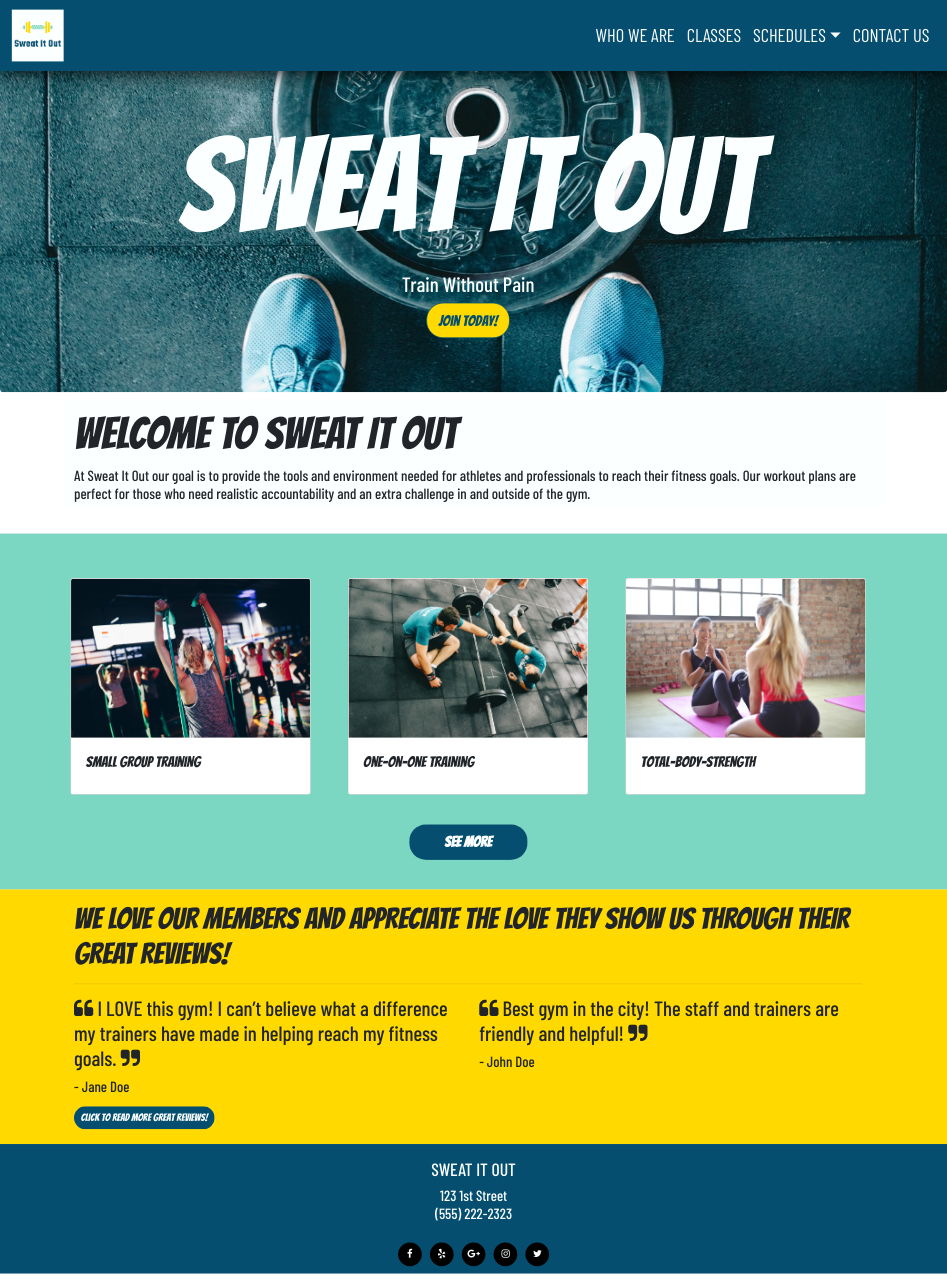
Repository: amybru/sweatitout
Page: index.html
The author's editor kept a record of every edit. The page is drawn from the files as they stood at one moment, then again after the next edit.
The browser window is 1280 px wide. The pictures show the whole page, at 74% of full size.
Some web fonts or font styles are not loaded; a fallback is used. Some web libraries are served in a nearby version.

Above is the page before.

### index.html
<!DOCTYPE html>
<html lang="en">
   <head>
      <meta charset="utf-8">
      <meta name="viewport" content="width=device-width, initial-scale=1.0">
      <link rel="stylesheet" href="https://maxcdn.bootstrapcdn.com/bootstrap/4.2.1/css/bootstrap.min.css" type="text/css" />
      <link rel="stylesheet" href="https://maxcdn.bootstrapcdn.com/font-awesome/4.7.0/css/font-awesome.min.css" type="text/css" />
      <link href="https://fonts.googleapis.com/css?family=Bangers|Barlow+Condensed:200,300,400,500,700&display=swap" rel="stylesheet">
      <link rel="stylesheet" type="text/css" href="css/style.css">
      <title>Gym</title>
   </head>
   <body>

       <!--Navbar -->
      <header>
         <nav class="navbar navbar-expand-lg navbar-default bg-default fixed-top">
           <a class="navbar-brand" href="index.html">
            <img src="./img/logo.png" width="70" height="70" alt="logo">
            </a>
            <button class="navbar-toggler" type="button" data-toggle="collapse" data-target="#navbarNavDropdown" aria-controls="navbarNavDropdown" aria-expanded="false" aria-label="Toggle navigation">
            <span class="navbar-toggler-icon"></span>
            </button>
            <div class="collapse navbar-collapse" id="navbarNavDropdown">
               <ul class="navbar-nav ml-auto">
                  <li class="nav-item">
                     <a class="nav-link uppercase" href="about.html">Who We Are</a>
                  </li>
                  <li class="nav-item">
                     <a class="nav-link uppercase" href="classes.html">Classes</a>
                  </li>
                  <li class="nav-item dropdown d-none d-lg-block">
                     <a class="nav-link dropdown-toggle uppercase" href="#" id="navbarDropdownMenuLink" role="button" data-toggle="dropdown" aria-haspopup="true" aria-expanded="false">Schedules</a>
                     <div class="dropdown-menu" aria-labelledby="navbarDropdownMenuLink">
                        <a class="dropdown-item uppercase" href="./img/2018schedule.pdf" target="_blank">2018 Schedule</a>
                        <a class="dropdown-item uppercase" href="./img/2019schedule.pdf" target="_blank">2019 Schedule</a>
                        <a class="dropdown-item uppercase" href="./img/2019schedule.pdf" target="_blank">2020 Schedule</a>
                     </div>
                  </li>
                  <li class="nav-item">
                     <a class="nav-link uppercase" href="contact.html">Contact Us</a>
                  </li>
               </ul>
            </div>
         </nav>
      </header>

      <!--Jumbotron main page -->
      <section class="jumbotron" id="landing-view">
         <div class="row">
            <div class="col-12">
               <h1 class="gym-name">Sweat It Out</h1>
               <h3>Train Without Pain</h3>
               <p><button class="btn btn-lg btn-success landingbutton" data-toggle="modal" data-target="#signUpModal" data-whatever="@gymname">Join Today!</button></p>
            </div>
         </div>
      </section>

      <!--Opening Comments-->
      <section class="about-landing-page">
         <div class="container">
            <div class="col-12 bg-color-about-landing section-column block-divider">
               <div class="row">
                  <div class="col">
                     <h3 class="section-heading uppercase">Welcome to Sweat It Out</h3>
                  </div>
               </div>
               <div class="row">
                  <div class="col-12">
                     <h5>At Sweat It Out our goal is to provide the tools and environment needed for athletes and professionals to reach their fitness goals. Our workout plans are perfect for those who need realistic accountability and an extra challenge
                        in and outside of the gym.
                     </h5>
                  </div>
               </div>
            </div>
         </div>
      </section>

    <!--A few services offered section -->
      <section class="services-landing-page bg-color-services-landing block-divider" id="gallery">
         <div class="container">
            <div class="row">
               <div class="col-12 col-lg-4">
                  <div class="card card-main">
                     <img src="img/gymthree.jpg" class="card-img-top" alt="Small Group Training">
                     <div class="card-body">
                        <h5 class="card-title">Small Group Training</h5>
                     </div>
                  </div>
               </div>
               <div class="col-12 col-lg-4">
                  <div class="card card-main">
                     <img src="img/gymtwo.jpg" class="card-img-top" alt="One-on-One Training">
                     <div class="card-body">
                        <h5 class="card-title">One-on-One Training</h5>
                     </div>
                  </div>
               </div>
               <div class="col-12 col-lg-4">
                  <div class="card card-main">
                     <img src="img/gymone.jpeg" class="card-img-top" alt="Total-Body-Strength">
                     <div class="card-body">
                        <h5 class="card-title">Total-Body-Strength</h5>
                     </div>
                  </div>
               </div>
               <a href="classes.html" class="btn btn-lg card-button">See More</a>
            </div>
         </div>
      </section>

      <!--Reviews section -->
      <section class="review">
      <div class="container block-divider">
         <div class="container review-container content-container">
               <div class="row">
                  <div class="col-12 page-header">
                     <h2 class="text-uppercase" id="reviews">We love our members and appreciate the love they show us through their great reviews!</h2>
                     <hr class="block-divider block-divider-short">
                  </div>
               </div>
               <div class="row">
                  <div class="col-12 col-md-6">
                     <div class="media">
                        <div class="d-none d-sm-block">
                           <i class="fas fa-splotch"></i>
                        </div>
                        <div class="media-body">
                           <blockquote class="blockquote">
                              <h3><i class="fa fa-quote-left"></i> I LOVE this gym! I can’t believe what a difference my trainers have made in helping reach my fitness goals. <i class="fa fa-quote-right"></i></h3>
                              <h5>- Jane Doe</h5>
                           </blockquote>
                        </div>
                     </div>
                  </div>
                  <div class="col-12 col-md-6">
                     <div class="media">
                        <div class="d-none d-sm-block">
                           <i class="fas fa-splotch"></i>
                        </div>
                        <div class="media-body">
                           <blockquote class="blockquote">
                              <h3><i class="fa fa-quote-left"></i> Best gym in the city! The staff and trainers are friendly and helpful! <i class="fa fa-quote-right"></i></h3>
                              <h5>- John Doe</h5>
                           </blockquote>
                        </div>
                     </div>
                  </div>
                  <div class="col">
                     <a href="https://www.yelp.com" class="btn btn-sm reviewb">Click to read more great reviews!</a>
                  </div>
               </div>
         </div>
      </div>
      </section>

      <!-- Modal -->
      <div class="modal" tabindex="-1" role="dialog" id="signUpModal">
         <div class="modal-dialog" role="document">
            <div class="modal-content">
               <div class="modal-header">
                  <h5 class="modal-title uppercase">Join Today!</h5>
                  <button type="button" class="close" data-dismiss="modal" aria-label="Close"></button>
               </div>
               <div class="modal-body">
                  <form>
                     <div class="form-group uppercase">
                        <label for="InputName">Your Name</label>
                        <input type="text" class="form-control" id="InputName">
                     </div>
                     <div class="form-group uppercase">
                        <label for="message-text" class="col-form-label">Message:</label>
                        <textarea class="form-control" id="message-text"></textarea>
                     </div>
                     <div class="form-group uppercase">
                        <label for="exampleInputEmail1">Email address</label>
                        <input type="email" class="form-control" id="exampleInputEmail1" aria-describedby="emailHelp">
                        <small id="emailHelp" class="form-text text-muted">We'll never share your email with anyone else.</small>
                     </div>
                     <button type="submit" class="btn btn-success uppercase modalbtn">Submit</button>
                  </form>
               </div>
            </div>
         </div>
      </div>

       <!--Footer-->
    <footer class="footer container-fluid" id="footer">
        <div>
            <div id="footer-details">
                <h4 class="footer-name uppercase">SWEAT IT OUT</h4>
                <h5 class="block">123 1st Street<br> (555) 222-2323</h5>
            </div>
            <div class="footer-social">
                <ul class="list-inline social-links">
                    <li class="list-inline-item">
                        <a target="_blank" href="https://www.facebook.com/">
                     <i class="fa fa-facebook" aria-hidden="true"></i>
                     <span class="sr-only">Facebook</span>
                     </a>
                    </li>
                    <li class="list-inline-item">
                        <a target="_blank" href="https://www.yelp.com/">
                     <i class="fa fa-yelp" aria-hidden="true"></i>
                     <span class="sr-only">Yelp</span>
                     </a>
                    </li>
                    <li class="list-inline-item">
                        <a target="_blank" href="https://www.google.com/">
                     <i class="fa fa-google-plus" aria-hidden="true"></i>
                     <span class="sr-only">Google+</span>
                     </a>
                    </li>
                    <li class="list-inline-item">
                        <a target="_blank" href="https://www.instagram.com/">
                     <i class="fa fa-instagram" aria-hidden="true"></i>
                     <span class="sr-only">Instagram</span>
                     </a>
                    </li>
                    <li class="list-inline-item">
                        <a target="_blank" href="https://twitter.com/?lang=en">
                     <i class="fa fa-twitter" aria-hidden="true"></i>
                     <span class="sr-only">Twitter</span>
                     </a>
                    </li>
                </ul>
            </div>
        </div>
    </footer>
   </body>
   <script src="https://code.jquery.com/jquery-3.3.1.slim.min.js" integrity="sha384-q8i/X+965DzO0rT7abK41JStQIAqVgRVzpbzo5smXKp4YfRvH+8abtTE1Pi6jizo" crossorigin="anonymous"></script>
   <script src="https://cdnjs.cloudflare.com/ajax/libs/popper.js/1.14.7/umd/popper.min.js" integrity="sha384-UO2eT0CpHqdSJQ6hJty5KVphtPhzWj9WO1clHTMGa3JDZwrnQq4sF86dIHNDz0W1" crossorigin="anonymous"></script>
   <script src="https://stackpath.bootstrapcdn.com/bootstrap/4.3.1/js/bootstrap.min.js" integrity="sha384-JjSmVgyd0p3pXB1rRibZUAYoIIy6OrQ6VrjIEaFf/nJGzIxFDsf4x0xIM+B07jRM" crossorigin="anonymous"></script>
</html>

### css/style.css
/* ----------------------------------------General */

body {
    font-family: 'Barlow Condensed', sans-serif;
    font-size: 400;
    margin-top: 80px;
}

h1 {
    font-family: 'Bangers', sans-serif;
}

.card-button {
    display: block;
    max-width: 300px;
    margin: auto;
    font-family: 'Bangers', sans-serif;
    font-weight: bold;
    border-radius: 23px;
    width: 160px;
    margin-top: 20px;
    background-color: #054e6f;
    color: #fbffff;
}

.card-button:hover {
    background-color: #ffd900;
    color: #fbffff;
}

.reviewb {
    background-color: #054e6f;
    color: #fbffff;
    border-radius: 23px;
    font-family: 'Bangers', sans-serif;
}

.reviewb:hover {
    background-color: #67c60a;
    color: #fbffff;
}

.modalbtn {
    color: #054e6f;
    background-color: #ffd900;
    border-color: #f05f40;
    border-radius: 23px;
    font-family: 'Bangers', sans-serif;
}

.landingbutton {
    color: #054e6f;
    background-color: #ffd900;
    border-radius: 23px;
    border-color: #054e6f;
    font-family: 'Bangers', sans-serif;
}

.landingbutton:hover {
    color: #ffd900;
    background-color: #054e6f;
}

.free-button {
    display: block;
    max-width: 500px;
    margin: auto;
    font-family: 'Bangers', sans-serif;
    font-weight: bold;
    border-radius: 23px;
    width: 300px;
    margin-top: 40px;
    background-color: #054e6f;
    color: #fbffff;
}

.free-button:hover {
    background-color: #67c60a;
    color: #fbffff;
}

.btn-contact[type="submit"] {
    margin-top: 20px;
    margin-bottom: 30px;
    color: #000;
    background-color: #ffd900;
    font-family: 'Bangers', sans-serif;
}

.btn-contact:hover {
    color: #ffd900;
    background-color: #000;
}

.uppercase {
    text-transform: uppercase;
}

/* ----------------------------------------Navbar*/

nav {
    background-color: #054e6f;
    position: fixed;
    top: 0;
    left: 0;
    right: 0;
    display: flex;
    box-shadow: 0 0 25px 0 #000;
    z-index: 1;
}


.navbar-brand {
    width: 80px;
    height: 80px;
    transition: transform .2s;
}

.navbar-brand:hover {
    transform: scale(1.25);
}

.navbar-nav li a {
    text-decoration: none;
    color: #fbffff;
    font-size: 25px;
    border-radius: 23px;
    text-align: right;
    transition-property: background-color;
    transition-duration: .5s;
    transition-timing-function: ease-in-out;
}

.navbar-nav li a:hover {
    color: #054e6f;
    background-color: #fbffff;
    border-radius: 23px;
}

.dropdown-menu {
    background-color: #ffd900;
    color: #054e6f;
    position: relative;
}

.dropdown-item {
    background-color: #ffd900;
    color: #054e6f;
    border-radius: 23px;
}

.dropdown-item:hover {
    color: #054e6f;
    background-color: #fbffff;
    transition-property: background-color;
    transition-duration: .5s;
    transition-timing-function: ease-in-out;
}

/* ---------------------------------------Jumbotrons */

.jumbotron {
    height: 22em;
    display: flex;
    justify-content: center;
    text-align: center;
    position: relative;
    margin-bottom: 0;
}

.jumbotron h2 {
     font-family: 'Bangers', sans-serif;
}

#landing-view {
    background-image: url("../img/fit.jpg");
    max-height: 450px;
    background-position: center;
    background-repeat: no-repeat;
    background-size: cover;
    text-align: center;
    font-size: 2vw;
    color: #fbffff;
}

#about-view {
    background-image: url("../img/sweatitoutgym.jpg");
    max-height: 450px;
    background-position: center;
    background-repeat: no-repeat;
    background-size: cover;
    text-align: center;

    font-size: 2.5vw;
    color: #fbffff;
}

#classes-view {
    background-image: url("../img/workout.jpg");
    max-height: 450px;
    background-position: center;
    background-repeat: no-repeat;
    background-size: cover;
    text-align: center;

    font-size: 2.5vw;
    color: #fbffff;
}

#contact-view {
    background-image: url("../img/gymfour.jpg");
    max-height: 400px;
    background-position: center;
    background-repeat: no-repeat;
    background-size: cover;
    text-align: center;

    font-size: 2.5vw;
    color: #fbffff;
}

/* ----------------------------------------Footer */


footer {
    background-color: #054e6f;
    color: #fbffff;
    text-align: center;
     min-height: 130px;
     margin-bottom: 0;
}

.social-links {
    padding-bottom: 10px;
}

.social-links li a i {
    width: 32px;
    height: 32px;
    padding: 12px 0;
    border-radius: 50%;
    font-size: 13px;
    line-height: 7px;
    text-align: center;
    color: #fbffff;
    background: #000;
    transition: all 0.35s ease-in-out;
    -moz-transition: all 0.35s ease-in-out;
    -webkit-transition: all 0.35s ease-in-out;
    -o-transition: all 0.35s ease-in-out;
}

.social-links li a i:hover {
    background-color: #ffd900;
}

#footer-details {
    padding: 20px;
}

.navbar-toggler {
    color: #fbffff;
}

/* ----------------------------------------Home page styles */

.bg-color-about-landing {
    background-color: #fbffff;
    padding-top: 10px;
    margin-top: 10px;
    margin-bottom: 35px;
}

.bg-color-services-landing {
    background-color: #7bd7c2;
    padding: 40px;
}

.about-landing-page h3 {
    font-size: 60px;
    font-family: 'Bangers', sans-serif;
}

.about-landing-page p {
    font-size: 30px;
}

.gym-name {
    font-size: 7em;
}

.card-main {
    margin: 20px 10px;
    transition: transform .2s;
}

.card-main:hover {
    transform: scale(1.25);
}

.card-title {
    font-family: 'Bangers', sans-serif;
}

.review {
     background-color: #ffd900;
     margin: 0;
     padding-top: 15px;
     padding-bottom: 20px;
}

#reviews {
    font-family: 'Bangers', sans-serif;
    font-size: 40px;
}

/* ----------------------------------------About Page styles */

.about-about h4 {
    color: #fbffff;
     font-size: 35px;
}

.about-about p {
    font-size: 35px;
}

.services-page{
    justify-content: center;
}

.about-gallery {
    background-color: #7bd6c2;
    padding: 20px;
    margin: 0;
}

.about-gallery .flex {
    display: flex;
    padding: 30px;
}

.about-gallery h2 {
    margin-bottom: 40px;
    font-family: 'Bangers', sans-serif;
    font-size: 55px;
    padding-top: 20px;
    padding-left: 30px;
}

.about-gallery h3 {
    font-weight: 400;
    width: 100%;
    font-size: 32px;
    font-family: 'Bangers', sans-serif;
    line-height: 1;
}

.about-gallery p {
    font-weight: 400;
    margin-top: 5px;
    font-size: 18px;
    max-width: 600px;
    text-align: justify;
}

.about-gallery .photo {
    width: 208px;
    height: 211px;
    border-radius: 50%;
    position: relative;
    margin-right: 5px;
}

.about-gallery .border {
    border: 5px solid #fbffff;
}

.instructor-details {
    padding-left: 30px;
    padding-right: 100px;
}


.about-skills {
    background-color: #054e6f;
    padding-top: 20px;
    padding-bottom: 20px;
    margin: 0;
}

.about-skills h3 {
    font-family: 'Bangers', sans-serif;
    font-size: 60px;
    text-align: center;
    color: #fff;
}

.about-skills h4 {
    font-family: 'Bangers', sans-serif;
    font-size: 30px;
    color: #ffd900;
}

.about-skills p {
    margin-bottom: 0;
    padding: 0;
    text-align: right;
    color: #fbffff;
}

.about-signup {
    background-color: #ffd900;
    text-align: center;
    padding-top: 50px;
    padding-bottom: 20px;
}

.about-signup h3 {
    font-family: 'Bangers', sans-serif;
    font-size: 55px;
}

.about-signup p {
    font-size: 30px;
}

/* ----------------------------------------Classes page styles*/

.classesavailable {
    background-color: #7bd7c2;
    padding: 0;
    align-items: center;
}

.blurb {
    padding: 20px;
}

.content {
    align-items: center;
    margin: 0;
    padding: 0;
}

.blurb h4 {
    font-size: 2rem;
}

#optionone {
    padding-left: 0;
    background-position: center;
    background-repeat: no-repeat;
    background-size: cover;
    text-align: center;
}

#optiontwo {
    padding-right: 0;
    background-position: center;
    background-repeat: no-repeat;
    background-size: cover;
    text-align: center;
}

#optionthree {
    padding-left: 0;
    background-position: center;
    background-repeat: no-repeat;
    background-size: cover;
    text-align: center;
}

#optionfour {
    padding-right: 0;
    background-position: center;
    background-repeat: no-repeat;
    background-size: cover;
    text-align: center;
}


.row {
    margin-right: 0;
    padding: 0;
}



table {
    border-collapse: collapse;
    border: 2px solid rgb(200, 200, 200);
    letter-spacing: 1px;
    font-size: 0.8rem;
    margin-bottom: 10px;
    margin-top: 30px;
}

.weekday {
    font-family: 'Bangers', sans-serif;
    font-size: 20px;

}

td,
th {
    border: 1px solid rgb(190, 190, 190);
    padding: 10px 20px;
}

th {
    background-color: rgb(235, 235, 235);
}

td {
    text-align: center;
}

@media only screen and (max-width: 1026px) {
  .scheduling  {
    display: none;
  }
}

.schedule-pdf i {
    font-size: 25px;
    color: #ffd900;
    background-color: #054e6f;
    width: 45px;
    height: 45px;
    padding: 20px 0px;
    border-radius: 50%;
    line-height: 6px;
    text-align: center;
    transition: all 0.35s ease-in-out;
    -moz-transition: all 0.35s ease-in-out;
    -webkit-transition: all 0.35s ease-in-out;
    -o-transition: all 0.35s ease-in-out;
}

.schedule-pdf i:hover {
    color: #054e6f;
    background-color: #ffd900;
}

.classesbtn {
    background-color: #054e6f;
    color: #ffd900;
    border-radius: 23px;
    font-family: 'Bangers', sans-serif;
}

.classesbtn:hover {
    background-color: #ffd900;
    color: #054e6f;
}

.general-sub {
    font-family: 'Bangers', sans-serif;
    font-size: 3em;
}

#schedule {
    padding: 15px;
}

#schedule h5 {
    font-family: 'Bangers', sans-serif;
    font-size: 2.5em;
}


/* ----------------------------------------Contact page styles*/
.container-fluid {
    width: 100%;
    /* padding-right: 15px; */
    padding-left: 15px;
    margin-right: auto;
    margin-left: auto;
}

.column {
    float: left;
    margin-top: 0px;
    padding-top: 10px;
    margin-bottom: 30px;
    background-color: #67c60a;
}

.left {
    width: 40%;
    background-color: #67c60a;
    text-align: center;
}

.right {
    width: 60%;
    background-color: #fbffff;
    justify-content: center;
}

.contact-gym-name {
    font-family: 'Bangers', sans-serif;
    font-size: 50px;
}

.contact-info-item .key {
    font-size: 30px;
    font-weight: 600;
}

.contact-info-item .value {
    font-size: 25px;
}


.contact-gym-hours {
    font-family: 'Bangers', sans-serif;
    font-size: 40px;
}

.buisnessinfo {
    background-color: white;
    padding: 15px 0px;
    margin-top: 20px;
    margin-bottom: 10px;
}

.buisness-info-item .key {
    font-size: 30px;
    font-weight: 600;
}

.buisness-info-item .value {
    font-size: 25px
}

.contact-form {
    padding-left: 100px;
    padding-right: 100px;
}

form {
    padding-top: 15px;
}

.contact-form h3 {
    font-family: 'Bangers', sans-serif;
    font-size: 50px;
}

.contact-form h5 {
    font-family: 'Bangers', sans-serif;
    font-size: 30px;
}

.contact-heading {
    font-family: 'Bangers', sans-serif;
    font-size: 50px;
}

After the next edit:
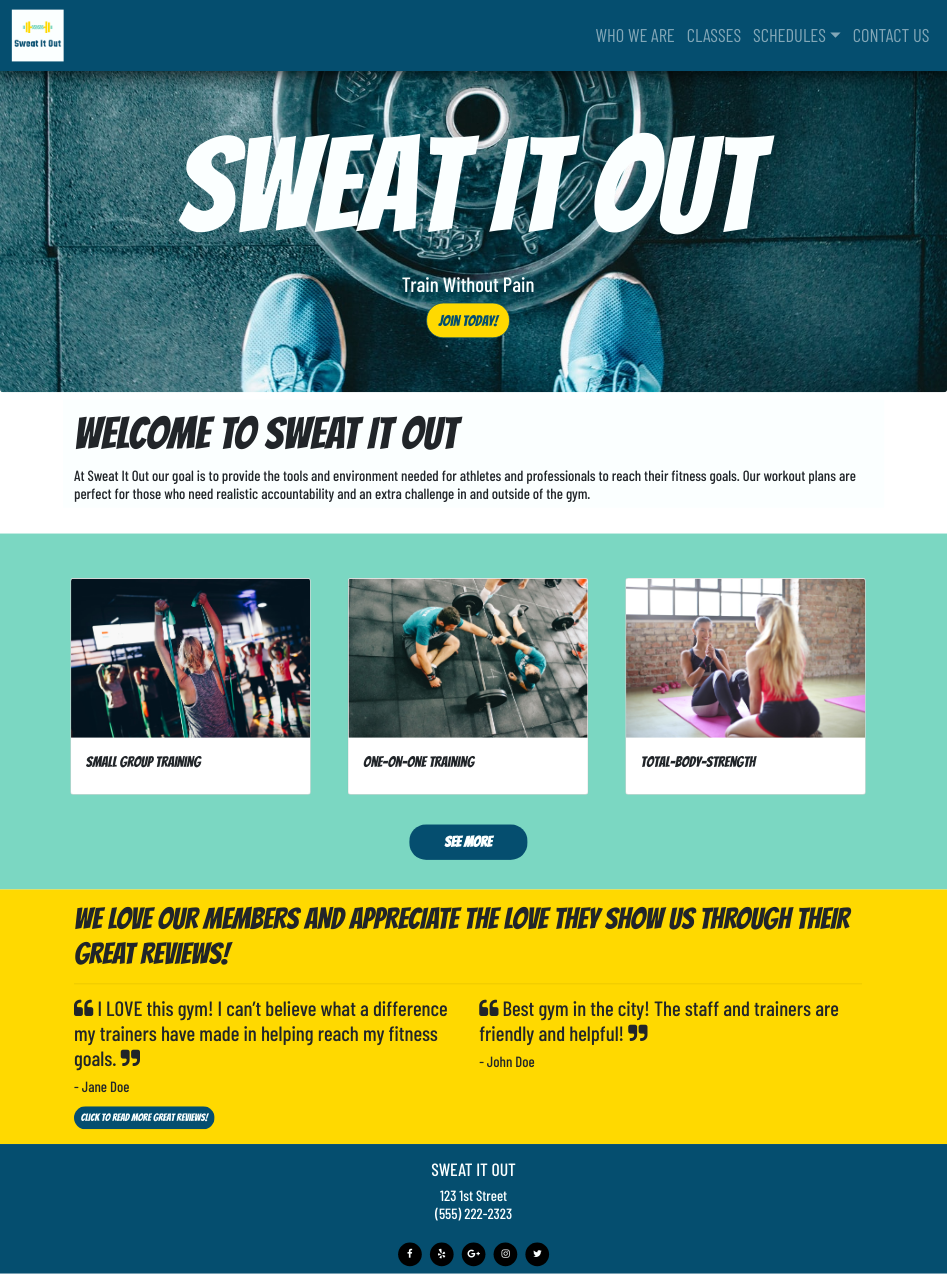
The edit:
--- a/index.html
+++ b/index.html
@@ -13,8 +13,8 @@
 
        <!--Navbar -->
       <header>
-         <nav class="navbar navbar-expand-lg navbar-default bg-default fixed-top">
-           <a class="navbar-brand" href="index.html">
+         <nav class="navbar navbar-expand-lg navbar-dark bg-default fixed-top">
+            <a class="navbar-brand" href="index.html">
             <img src="./img/logo.png" width="70" height="70" alt="logo">
             </a>
             <button class="navbar-toggler" type="button" data-toggle="collapse" data-target="#navbarNavDropdown" aria-controls="navbarNavDropdown" aria-expanded="false" aria-label="Toggle navigation">
